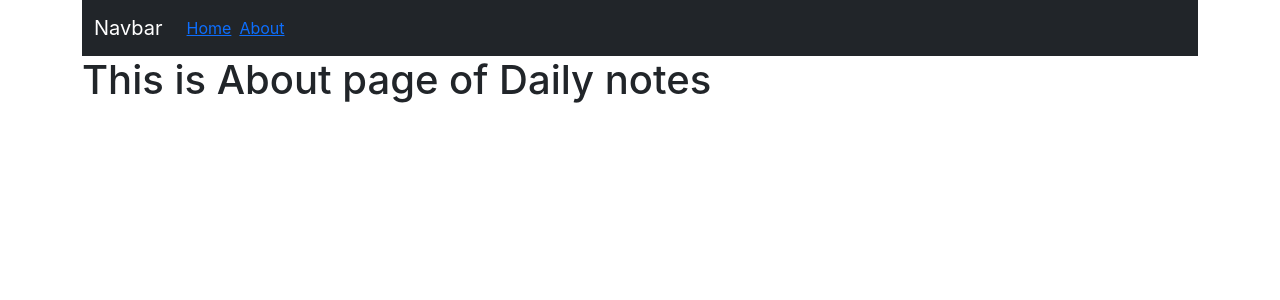
Repository: alphacode77/DailyNotes-react
Page: /about
These files come from the project's save history. The page is drawn as it stood at one moment and after the next save; the edit follows.
The browser window is 1280 px wide. The pictures show the whole page.
Some web libraries are served in a nearby version. The project was rebuilt for these pictures with package versions that can differ from the ones it lists, and the page was loaded fresh each time. Also part of the build but not shown: src/App.css, src/components/Home.js.

Above is the page before, as saved 2023-02-27 23:15:03.

### public/index.html
<!DOCTYPE html>
<html lang="en">
  <head>
    <meta charset="utf-8" />
    <link rel="icon" href="%PUBLIC_URL%/favicon.ico" />
    <meta name="viewport" content="width=device-width, initial-scale=1" />
    <meta name="theme-color" content="#000000" />
    <meta
      name="description"
      content="Web site created using create-react-app"
    />
    <link rel="apple-touch-icon" href="%PUBLIC_URL%/logo192.png" />
    <!--
      manifest.json provides metadata used when your web app is installed on a
      user's mobile device or desktop. See https://developers.google.com/web/fundamentals/web-app-manifest/
    -->
    <link rel="manifest" href="%PUBLIC_URL%/manifest.json" />
    <!--
      Notice the use of %PUBLIC_URL% in the tags above.
      It will be replaced with the URL of the `public` folder during the build.
      Only files inside the `public` folder can be referenced from the HTML.

      Unlike "/favicon.ico" or "favicon.ico", "%PUBLIC_URL%/favicon.ico" will
      work correctly both with client-side routing and a non-root public URL.
      Learn how to configure a non-root public URL by running `npm run build`.
    -->
    <link href="https://cdn.jsdelivr.net/npm/bootstrap@5.3.0-alpha1/dist/css/bootstrap.min.css" rel="stylesheet" integrity="sha384-GLhlTQ8iRABdZLl6O3oVMWSktQOp6b7In1Zl3/Jr59b6EGGoI1aFkw7cmDA6j6gD" crossorigin="anonymous">
    <title>React App</title>
  </head>
  <body>
    <noscript>You need to enable JavaScript to run this app.</noscript>
    <div id="root"></div>
    <!--
      This HTML file is a template.
      If you open it directly in the browser, you will see an empty page.

      You can add webfonts, meta tags, or analytics to this file.
      The build step will place the bundled scripts into the <body> tag.

      To begin the development, run `npm start` or `yarn start`.
      To create a production bundle, use `npm run build` or `yarn build`.
    -->
    <script src="https://cdn.jsdelivr.net/npm/bootstrap@5.3.0-alpha1/dist/js/bootstrap.bundle.min.js" integrity="sha384-w76AqPfDkMBDXo30jS1Sgez6pr3x5MlQ1ZAGC+nuZB+EYdgRZgiwxhTBTkF7CXvN" crossorigin="anonymous"></script>
    <script src="https://kit.fontawesome.com/320aa9be75.js" crossorigin="anonymous"></script>
  </body>
</html>

### src/index.css
body {
  margin: 0;
  font-family: -apple-system, BlinkMacSystemFont, 'Segoe UI', 'Roboto', 'Oxygen',
    'Ubuntu', 'Cantarell', 'Fira Sans', 'Droid Sans', 'Helvetica Neue',
    sans-serif;
  -webkit-font-smoothing: antialiased;
  -moz-osx-font-smoothing: grayscale;
}

code {
  font-family: source-code-pro, Menlo, Monaco, Consolas, 'Courier New',
    monospace;
}


/* Custom Styles */
i{
  cursor: pointer;
}

### src/App.js
import './App.css';
import Navbar from './components/Navbar';
import Home from './components/Home';
import About from './components/About';
import NoteState from './Context/Notes/NoteState';
import {
  BrowserRouter as Router,
  Route,
  Routes
} from "react-router-dom";

function App() {
  return (
    <>
    <NoteState>

      <div className='container'>
    <Router>
      <Navbar/>


    <Routes>
      <Route exact path="/home" element={<Home/>} />
      <Route exact path="/about" element={<About/>} />
      {/* <Route exactPath="/navbar" element={<Navbar/>} /> */}
    </Routes>
  </Router>
  </div>
  </NoteState>

    </>

  );
}

export default App;

### src/components/Navbar.js
import React, { useEffect }  from 'react'
import { Link,useLocation } from 'react-router-dom'

const Navbar = ()=>{
  let location = useLocation();
  useEffect(()=>{

  },[location])
    return (
     <>
     <nav className="navbar navbar-expand-lg bg-dark navbar-dark">
  <div className="container-fluid">
    <Link className="navbar-brand" to="/">Navbar</Link>
    <button className="navbar-toggler" type="button" data-bs-toggle="collapse" data-bs-target="#navbarSupportedContent" aria-controls="navbarSupportedContent" aria-expanded="false" aria-label="Toggle navigation">
      <span className="navbar-toggler-icon"></span>
    </button>
    <div className="collapse navbar-collapse" id="navbarSupportedContent">
      <ul className="navbar-nav me-auto mb-2 mb-lg-0">
        <li className="nav-item mx-2">
          <Link className={`"nav-link" ${location.pathname==="/"?"active":""}`} aria-current="page" to="/home">Home</Link>
        </li>
        <li className="nav-item">
          <Link className={`"nav-link" ${location.pathname==="/about"?"active":""}`} to="/about">About</Link>
        </li>
      </ul>

    </div>
  </div>
</nav>
     </>
    )
}

export default Navbar

### src/components/About.js
import React from 'react'

const About = () => {
  return (
    <div>
        <h1>This is About page of Daily notes</h1>
    </div>
  )
}

export default About

### src/Context/Notes/NoteState.js
import React,{useState} from "react";
import NoteContext from "./NoteContext"


const NoteState = (props)=>{

   const initalNotes= [
    {
      "_id": "63f3b6c7c6863985aada677be",
      "user": "63f20b9a00ad623ad3d4dae2",
      "title": "This is my second title",
      "description": "Description of the second note",
      "tag": "demo check",
      "date": "2023-02-20T18:07:03.296Z",
      "__v": 0
    },
    {
      "_id": "63f3b892a33086ff244bcc267",
      "user": "63f20b9a00ad623ad3d4dae2",
      "title": "This is my second title",
      "description": "Description of the second note",
      "tag": "demo check",
      "date": "2023-02-20T18:14:42.184Z",
      "__v": 0
    },
    {
      "_id": "63f3b89ca34086ff244bcc26b",
      "user": "63f20b9a00ad623ad3d4dae2",
      "title": "This is my second title12",
      "description": "Description of the second note12",
      "tag": "demo check",
      "date": "2023-02-20T18:14:52.449Z",
      "__v": 0
    },
    {
      "_id": "63f49f58882156f0ed94969e",
      "user": "63f20b9a00ad623ad3d4dae2",
      "title": "This is my third title",
      "description": "Description of the third note",
      "tag": "personal",
      "date": "2023-02-21T10:39:20.800Z",
      "__v": 0
    },
    {
      "_id": "63f49f588821565f0ed94969e",
      "user": "63f20b9a00ad623ad3d4dae2",
      "title": "This is my third title",
      "description": "Description of the third note",
      "tag": "personal",
      "date": "2023-02-21T10:39:20.800Z",
      "__v": 0
    },
    {
      "_id": "63f90022ae5c6479c6e95d43e",
      "user": "63f20b9a00ad623ad3d4dae2",
      "title": "This is my fourth title",
      "description": "Description of the fourth note",
      "tag": "personal",
      "date": "2023-02-24T18:21:30.036Z",
      "__v": 0
    },
    {
      "_id": "63f90b33480d3d651f2ba231",
      "user": "63f20b9a00ad623ad3d4dae2",
      "title": "This is my fifth title",
      "description": "Description of the fifth note",
      "tag": "personal",
      "date": "2023-02-24T19:08:35.605Z",
      "__v": 0
    }
  ]
const [notes,setNotes]=useState(initalNotes)

  //Add Notes
const addNote=(title,description,tag)=>{
  let note={
  "_id": "63f90022ae5c6479c6e95d43e",
  "user": "63f20b9a00ad623ad3d4dae2",
  "title": title,
  "description": description,
  "tag": tag,
  "date": "2023-02-24T18:21:30.036Z",
  "__v": 0
  }
setNotes(notes.concat (note))
}

//Delete Notes
const deleteNote=()=>{

}

//Update Notes
const updateNote= ()=>{

}
    return (
        <NoteContext.Provider value={{notes,setNotes,addNote,deleteNote,updateNote}}>
            {props.children}
        </NoteContext.Provider>

    )
}

export default NoteState;

### src/Context/Notes/NoteContext.js
import {createContext} from 'react'

const NoteContext = createContext();

export default NoteContext;

Loaded but not shown: src/index.js (common file)

After the next save:
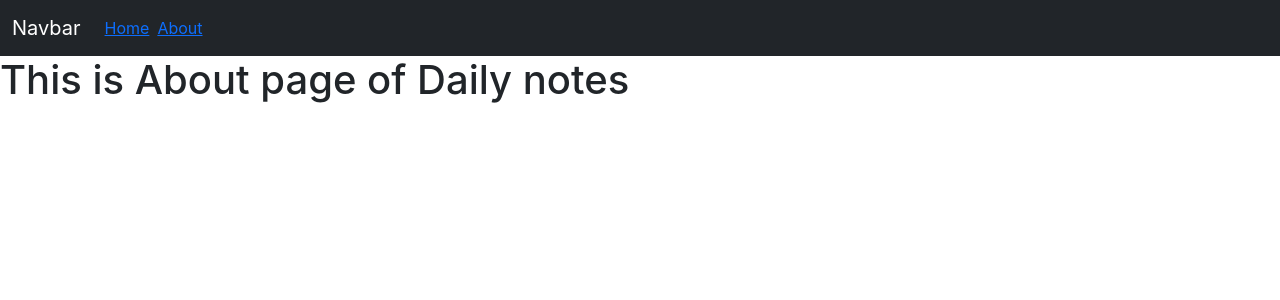
Saved 14 s later.
--- a/src/App.js
+++ b/src/App.js
@@ -14,7 +14,7 @@ function App() {
     <>
     <NoteState>
 
-      <div className='container'>
+
     <Router>
       <Navbar/>
 
@@ -25,7 +25,6 @@ function App() {
       {/* <Route exactPath="/navbar" element={<Navbar/>} /> */}
     </Routes>
   </Router>
-  </div>
   </NoteState>
 
     </>
